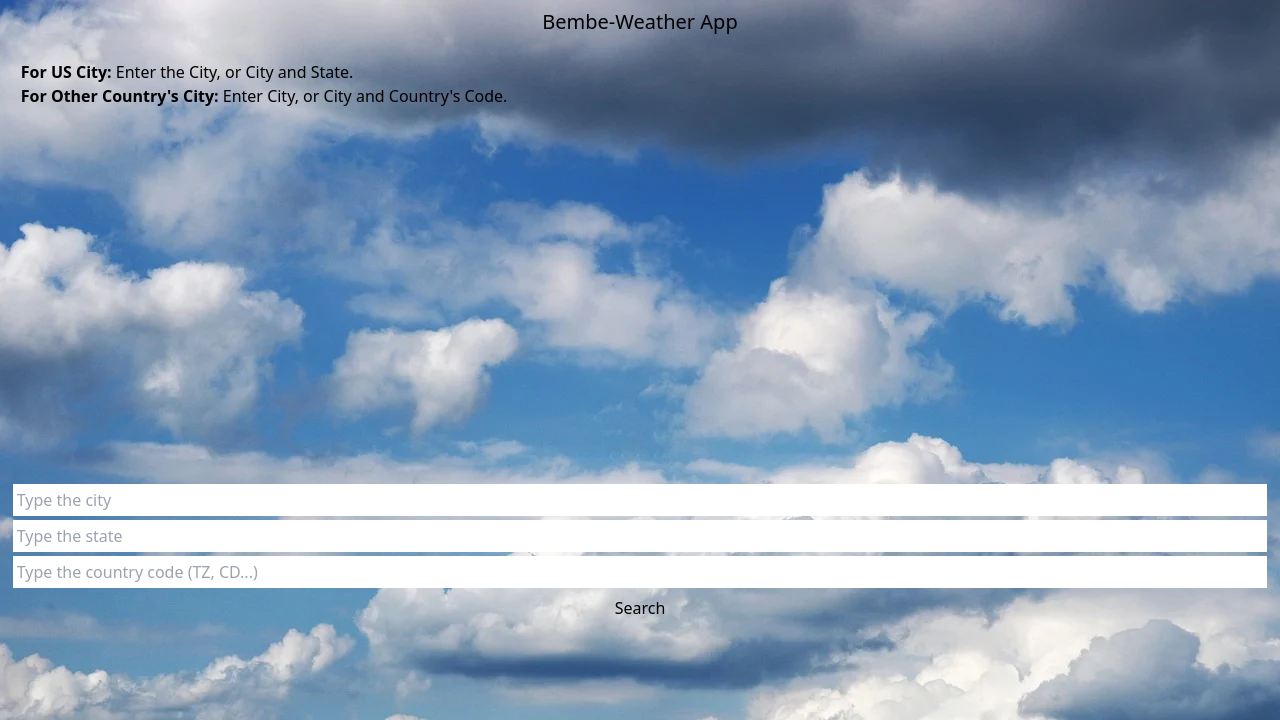
Repository: ShindanoSingi/bembe-weather
Page: /
An editor plug-in stored every save of this project. The page is shown before and after the next save, followed by the edit.
The browser window is 1280 px wide. The pictures show the whole page.
The page's requests for data from a server got no answer. The project was rebuilt for these pictures with package versions that can differ from the ones it lists, and the page was loaded fresh each time. No one was signed in, and anything a server would have sent is missing.

Above is the page before, as saved 2022-09-14 23:42:41.

### public/index.html
<!DOCTYPE html>
<html lang="en">

<head>
  <meta charset="utf-8" />
  <link rel="icon" href="%PUBLIC_URL%/favicon.ico" />
  <meta name="viewport" content="width=device-width, initial-scale=1" />
  <meta name="theme-color" content="#000000" />
  <meta name="description" content="Web site created using create-react-app" />
  <link rel="apple-touch-icon" href="%PUBLIC_URL%/logo192.png" />
  <!--
      manifest.json provides metadata used when your web app is installed on a
      user's mobile device or desktop. See https://developers.google.com/web/fundamentals/web-app-manifest/
    -->
  <link rel="manifest" href="%PUBLIC_URL%/manifest.json" />
  <!--
      Notice the use of %PUBLIC_URL% in the tags above.
      It will be replaced with the URL of the `public` folder during the build.
      Only files inside the `public` folder can be referenced from the HTML.

      Unlike "/favicon.ico" or "favicon.ico", "%PUBLIC_URL%/favicon.ico" will
      work correctly both with client-side routing and a non-root public URL.
      Learn how to configure a non-root public URL by running `npm run build`.
    -->
  <title>React Weather</title>
</head>

<body>
  <noscript>You need to enable JavaScript to run this app.</noscript>
  <div id="root"></div>
  <!--
      This HTML file is a template.
      If you open it directly in the browser, you will see an empty page.

      You can add webfonts, meta tags, or analytics to this file.
      The build step will place the bundled scripts into the <body> tag.

      To begin the development, run `npm start` or `yarn start`.
      To create a production bundle, use `npm run build` or `yarn build`.
    -->
</body>

</html>

### src/App.js
import React, { useState, useEffect } from "react"
import "./App.css"
import WeatherPage from "./components/weatherPage"
import SearchForm from "./components/SearchForm"

function App() {
  // Initialize variables using "useSates"
  const [weatherData, setWeatherData] = useState([])

  const [city, setCity] = useState("")
  const [state, setState] = useState("")
  const [country, setCountry] = useState("")

  // These hold values a little bit longer
  const [cityDisplayed, setCityDisplayed] = useState("")
  const [stateDisplayed, setStateDisplayed] = useState("")
  const [countryDisplayed, setCountryDisplayed] = useState("")

  // Create an object that will hold keys to be used in the fetch fnctions.
  const searchLatLon = {
    key: process.env.REACT_APP_GIPHY_KEY,
    cityName: city,
    stateCode: "",
    country: "",
    limit: 1,
    api: "https://api.openweathermap.org/geo/1.0/direct?q=",
  }

  let searchOptions = {
    key: process.env.REACT_APP_GIPHY_KEY,
    api: "https://api.openweathermap.org/data/2.5/onecall?",
  }

  // Create handleChange function to capture input value for city from the form.
  function handleChangeCity(event) {
    setCity(event.target.value)
  }

  // Create handleChange function to capture input value for city from the form.
  function handleChangeState(event) {
    setState(event.target.value)
  }

  // Create handleChange function to capture input value for country from the form.
  function handleChangeCountry(event) {
    setCountry(event.target.value)
  }

  // Create a handleSubmit function to send the input value to the getLatLon function.
  function handleSubmit(event) {
    event.preventDefault()
    getLatLon(city, state, country)
    setCity("")
    setState("")
    setCountry("")
  }

  // useEffect function
  useEffect(() => {
    getLatLon()
    setCity("")
    setState("")
    setCountry("")
    // eslint-disable-next-line
  }, [])

  // This function below takes two parameters: city and country's code, and spits latitude and longitude out. Then, the next fetch takes the lat and lon, and spits eather data for eight days.

  function getLatLon(city, state, country) {
    fetch(
      `${searchLatLon.api}${city},${state},${country}&limit=${searchLatLon.limit}&appid=${searchLatLon.key}`
    )
      .then((result) => result.json())
      .then((data) => {
        // console.log(data[0])
        if (data[0]) {
          fetch(
            `${searchOptions.api}lat=${data[0].lat}&lon=${data[0].lon}&exclude=minutely,hourly&appid=${searchOptions.key}&units=imperial`
          )
            .then((result) => result.json())
            .then((result) => {
              setCityDisplayed(data[0].name)
              setStateDisplayed(data[0].state)
              setCountryDisplayed(data[0].country)
              setWeatherData(result)
            })
        }
      })
  }

  return (

    <div className="bg-[url('../src/images/sky.webp')] h-screen">
      {/* Weather data */}
      <WeatherPage
        weatherData={weatherData}
        city={cityDisplayed}
        state={stateDisplayed}
        country={countryDisplayed}
      />

      {/* Search form */}
      <SearchForm
        city={city}
        state={state}
        country={country}
        handleChangeCity={handleChangeCity}
        handleChangeState={handleChangeState}
        handleChangeCountry={handleChangeCountry}
        handleSubmit={handleSubmit}
      />
    </div>
  )
}

export default App

### src/App.css

/* iPhone 8 and smaller */
@media screen and (max-width: 480px) {
  /* Bembe-weather App */
  h1 {
    color: aliceblue;
    background-image: linear-gradient(rgb(55, 131, 143), rgb(5, 88, 126));
  }

  /* Div container for the single page weather day*/
  div.singleDay {
    /* font-size: 1vw; */
    border-top: 1px solid green;
    background-color: rgb(191, 191, 191);
  }

  /* This is for today's box */
  .today1 {
    /* font-size: 14px; */
    border: 1px solid rgb(91, 158, 158);
    border-radius: 5px;
    background-image: linear-gradient(
      to bottom right,
      rgb(163, 131, 131),
      rgb(181, 181, 155)
    );
  }


  /* Indivdual temp */
  .maxTemp1 {
    color: black;
  }

  /* Indivdual temp */
  .minTemp1 {
    color: grey;
  }

  /* Tomorrow */
  .today2 {
    border: 1px solid rgb(91, 158, 158);
    border-radius: 5px;
    background-image: linear-gradient(
      to bottom right,
      rgb(97, 179, 171),
      rgb(181, 181, 155)
    );
  }

  /* The day after tomorrow */
  .today3 {
    border: 1px solid rgb(91, 158, 158);
    border-radius: 5px;
    background-image: linear-gradient(
      to bottom right,
      rgb(97, 179, 171),
      rgb(181, 181, 155)
    );
  }

  /* The following day */
  .today4 {
    border: 1px solid rgb(91, 158, 158);
    border-radius: 5px;
    background-image: linear-gradient(
      to bottom right,
      rgb(97, 179, 171),
      rgb(181, 181, 155)
    );
  }

  /* The last day */
  .today5 {
    border: 1px solid rgb(91, 158, 158);
    border-radius: 5px;
    background-image: linear-gradient(
      to bottom right,
      rgb(97, 179, 171),
      rgb(181, 181, 155)
    );
  }

  /* Indivdual temp */
  .maxTemp {
    color: black;
  }

  /* Indivdual temp */
  .minTemp {
    color: grey;
  }

  /* The state's name */
  .city {
    display: grey;
    /* justify-content: center; */
  }

  /* Div containing everything in the body */
  .weatherContainer {
    border: 1px solid rgb(91, 158, 158);
    background-color: rgba(14, 73, 112, 0.297);
  }

  /* City input box */
  .cityInput {
    border: 2px solid rgb(68, 65, 65);
  }

  /* Country input box */
  .countryInput {
    border: 2px solid rgb(68, 65, 65);
  }

  /* Submit button */
  .submitButton {
    color: rgb(244, 238, 238);
    background-color: rgb(68, 65, 65);
  }

  .message {
    background-color: rgb(68, 125, 152);
    border: 2px solid rgb(68, 65, 65);
  }
}


/* iPhone 8 and smaller */
@media screen and (max-width: 428px) {
  h1 {
    color: aliceblue;
    background-image: linear-gradient(rgb(55, 131, 143), rgb(5, 88, 126));
  }

  /* This is for today's box */
  .today1 {
    border: 1px solid rgb(91, 158, 158);
    border-radius: 5px;
    background-image: linear-gradient(
      to bottom right,
      rgb(163, 131, 131),
      rgb(181, 181, 155)
    );
  }

  /* Indivdual temp */
  .maxTemp1 {
    color: black;
  }

  /* Indivdual temp */
  .minTemp1 {
    color: grey;
  }

  /* Tomorrow */
  .today2 {
    border: 1px solid rgb(91, 158, 158);
    border-radius: 5px;
    background-image: linear-gradient(
      to bottom right,
      rgb(97, 179, 171),
      rgb(181, 181, 155)
    );
  }

  /* The day after tomorrow */
  .today3 {
    border: 1px solid rgb(91, 158, 158);
    border-radius: 5px;
    background-image: linear-gradient(
      to bottom right,
      rgb(97, 179, 171),
      rgb(181, 181, 155)
    );
  }

  /* The following day */
  .today4 {
    border: 1px solid rgb(91, 158, 158);
    border-radius: 5px;
    background-image: linear-gradient(
      to bottom right,
      rgb(97, 179, 171),
      rgb(181, 181, 155)
    );
  }

  /* The last day */
  .today5 {
    border: 1px solid rgb(91, 158, 158);
    border-radius: 5px;
    background-image: linear-gradient(
      to bottom right,
      rgb(97, 179, 171),
      rgb(181, 181, 155)
    );
  }

  /* Indivdual temp */
  .maxTemp {
    color: black;
  }

  /* Indivdual temp */
  .minTemp {
    color: grey;
  }

  /* The state's name */
  .city {
    display: grey;
  }

  /* Div containing everything in the body */
  .weatherContainer {
    border: 1px solid rgb(91, 158, 158);
    border-radius: 5px;
    background-color: rgba(14, 73, 112, 0.297);
  }

  /* City input box */
  .cityInput {
    border: 2px solid rgb(68, 65, 65);
  }

  /* Country input box */
  .countryInput {
    border: 2px solid rgb(68, 65, 65);
  }

  /* Submit button */
  .submitButton {
    color: rgb(244, 238, 238);
    background-color: rgb(68, 65, 65);
  }

  .message {
    background-color: rgb(68, 125, 152);
    border: 2px solid rgb(68, 65, 65);
  }
}


/* iPhone 8 and smaller */
@media screen and (max-width: 414px) {
  h1 {
    color: aliceblue;
    padding: 5px;
    background-image: linear-gradient(rgb(55, 131, 143), rgb(5, 88, 126));
  }

  /* Div container for the single page weather day*/
  div.singleDay {
    border-top: 1px solid green;
    background-color: rgb(191, 191, 191);
  }

  .cityStateCountry {
    padding: 0.5rem;
    background-image: linear-gradient(rgb(55, 131, 143), rgb(5, 88, 126));
  }

  /* This is for today's box */
  .today1 {
    /* font-size: 14px; */
    border: 1px solid rgb(91, 158, 158);
    border-radius: 5px;
    background-image: linear-gradient(
      to bottom right,
      rgb(163, 131, 131),
      rgb(181, 181, 155)
    );
  }


  /* Indivdual temp */
  .maxTemp1 {
    color: black;
  }

  /* Indivdual temp */
  .minTemp1 {
    color: grey;
  }

  /* Tomorrow */
  .today2 {
    border: 1px solid rgb(91, 158, 158);
    border-radius: 5px;
    background-image: linear-gradient(
      to bottom right,
      rgb(97, 179, 171),
      rgb(181, 181, 155)
    );
  }

  /* The day after tomorrow */
  .today3 {
    border: 1px solid rgb(91, 158, 158);
    border-radius: 5px;
    background-image: linear-gradient(
      to bottom right,
      rgb(97, 179, 171),
      rgb(181, 181, 155)
    );
  }

  /* The following day */
  .today4 {
    border: 1px solid rgb(91, 158, 158);
    border-radius: 5px;
    background-image: linear-gradient(
      to bottom right,
      rgb(97, 179, 171),
      rgb(181, 181, 155)
    );
  }

  /* The last day */
  .today5 {
    border: 1px solid rgb(91, 158, 158);
    border-radius: 5px;
    background-image: linear-gradient(
      to bottom right,
      rgb(97, 179, 171),
      rgb(181, 181, 155)
    );
  }

  /* Indivdual temp */
  .maxTemp {
    color: black;
  }

  /* Indivdual temp */
  .minTemp {
    color: grey;
  }

  /* The state's name */
  .city {
    display: grey;
  }

  /* Div containing everything in the body */
  .weatherContainer {
    border: 1px solid rgb(91, 158, 158);
    border-radius: 5px;
    background-color: rgba(14, 73, 112, 0.297);
  }

  /* City input box */
  .cityInput {
    border: 2px solid rgb(68, 65, 65);
  }

  /* Country input box */
  .countryInput {
    border: 2px solid rgb(68, 65, 65);
  }

  /* Submit button */
  .submitButton {
    color: rgb(244, 238, 238);
    background-color: rgb(68, 65, 65);
  }

  .message {
    background-color: rgb(68, 125, 152);
    border: 2px solid rgb(68, 65, 65);
  }
}

/* iPhone 8 and smaller */
@media screen and (max-width: 390px) {
  h1 {
    color: aliceblue;
    background-image: linear-gradient(rgb(55, 131, 143), rgb(5, 88, 126));
  }

  /* Div container for the single page weather day*/
  div.singleDay {
    border-top: 1px solid green;
    background-color: rgb(191, 191, 191);
  }

  .cityStateCountry {
    background-image: linear-gradient(rgb(55, 131, 143), rgb(5, 88, 126));
  }

  /* This is for today's box */
  .today1 {
    border: 1px solid rgb(91, 158, 158);
    border-radius: 5px;
    background-image: linear-gradient(
      to bottom right,
      rgb(163, 131, 131),
      rgb(181, 181, 155)
    );
  }

  /* Indivdual temp */
  .maxTemp1 {
    color: black;
  }

  /* Indivdual temp */
  .minTemp1 {
    color: grey;
  }

  /* Tomorrow */
  .today2 {
    border: 1px solid rgb(91, 158, 158);
    border-radius: 5px;
    background-image: linear-gradient(
      to bottom right,
      rgb(97, 179, 171),
      rgb(181, 181, 155)
    );
  }

  /* The day after tomorrow */
  .today3 {
    border: 1px solid rgb(91, 158, 158);
    border-radius: 5px;
    background-image: linear-gradient(
      to bottom right,
      rgb(97, 179, 171),
      rgb(181, 181, 155)
    );
  }

  /* The following day */
  .today4 {
    border: 1px solid rgb(91, 158, 158);
    border-radius: 5px;
    background-image: linear-gradient(
      to bottom right,
      rgb(97, 179, 171),
      rgb(181, 181, 155)
    );
  }

  /* The last day */
  .today5 {
    border: 1px solid rgb(91, 158, 158);
    border-radius: 5px;
    background-image: linear-gradient(
      to bottom right,
      rgb(97, 179, 171),
      rgb(181, 181, 155)
    );
  }

  /* Indivdual temp */
  .maxTemp {
    color: black;
  }

  /* Indivdual temp */
  .minTemp {
    color: grey;
  }

  /* The state's name */
  .city {
    display: grey;
  }

  /* Div containing everything in the body */
  .weatherContainer {
    border: 1px solid rgb(91, 158, 158);
    background-color: rgba(14, 73, 112, 0.297);
  }

  /* City input box */
  .cityInput {
    border: 2px solid rgb(68, 65, 65);
  }

  /* Country input box */
  .countryInput {
    border: 2px solid rgb(68, 65, 65);
  }

  /* Submit button */
  .submitButton {
    color: rgb(244, 238, 238);
    background-color: rgb(68, 65, 65);
  }

  .message {
    background-color: rgb(68, 125, 152);
    border: 2px solid rgb(68, 65, 65);
  }
}

/* iPhone 8 and smaller */
@media screen and (max-width: 375px) {
  h1 {
    color: aliceblue;
    background-image: linear-gradient(rgb(55, 131, 143), rgb(5, 88, 126));
  }

  /* Div container for the single page weather day*/
  div.singleDay {
    border-top: 1px solid green;
    background-color: rgb(191, 191, 191);
  }

  .cityStateCountry {
    background-image: linear-gradient(rgb(55, 131, 143), rgb(5, 88, 126));
  }

  /* This is for today's box */
  .today1 {
    border: 1px solid rgb(91, 158, 158);
    border-radius: 5px;
    background-image: linear-gradient(
      to bottom right,
      rgb(163, 131, 131),
      rgb(181, 181, 155)
    );
  }

  /* Indivdual temp */
  .maxTemp1 {
    color: black;
  }

  /* Indivdual temp */
  .minTemp1 {
    color: grey;
  }

  /* Tomorrow */
  .today2 {
    border: 1px solid rgb(91, 158, 158);
    border-radius: 5px;
    background-image: linear-gradient(
      to bottom right,
      rgb(97, 179, 171),
      rgb(181, 181, 155)
    );
  }

  /* The day after tomorrow */
  .today3 {
    border: 1px solid rgb(91, 158, 158);
    border-radius: 5px;
    background-image: linear-gradient(
      to bottom right,
      rgb(97, 179, 171),
      rgb(181, 181, 155)
    );
  }

  /* The following day */
  .today4 {
    border: 1px solid rgb(91, 158, 158);
    border-radius: 5px;
    background-image: linear-gradient(
      to bottom right,
      rgb(97, 179, 171),
      rgb(181, 181, 155)
    );
  }

  /* The last day */
  .today5 {
    border: 1px solid rgb(91, 158, 158);
    border-radius: 5px;
    background-image: linear-gradient(
      to bottom right,
      rgb(97, 179, 171),
      rgb(181, 181, 155)
    );
  }

  /* Indivdual temp */
  .maxTemp {
    color: black;
  }

  /* Indivdual temp */
  .minTemp {
    color: grey;
  }

  /* The state's name */
  .city {
    display: grey;
  }

  /* Div containing everything in the body */
  .weatherContainer {
    border: 1px solid rgb(91, 158, 158);
    background-color: rgba(14, 73, 112, 0.297);
  }

  /* City input box */
  .cityInput {
    border: 2px solid rgb(68, 65, 65);
  }

  /* Country input box */
  .countryInput {
    border: 2px solid rgb(68, 65, 65);
  }

  /* Submit button */
  .submitButton {
    color: rgb(244, 238, 238);
    background-color: rgb(68, 65, 65);
  }

  .message {
    background-color: rgb(68, 125, 152);
    border: 2px solid rgb(68, 65, 65);
  }
}

### src/components/SearchForm.js
import React from "react";

const SearchForm = ({
  city,
  state,
  country,
  handleSubmit,
  handleChangeCity,
  handleChangeState,
  handleChangeCountry,
}) => {
  return (
    <div className="relative top-[19rem]">
      <form className="form-container" onSubmit={handleSubmit} d-flex>
        <div className="flex flex-col items-center gap-1 form-container">
          <div className="flex flex-col gap-1">
          <input
          className="p-1 w-[98vw] cityInput"
          placeholder="Type the city"
          type="text"
          name="SearchString"
          onChange={handleChangeCity}
          value={city}
          required
        />

        {/* Country input */}
        <input
          className="p-1 countryInput"
          placeholder="Type the state"
          type="text"
          name="SearchString"
          onChange={handleChangeState}
          value={state}
        />

        {/* Country input */}
        <input
          className="p-1 countryInput"
          placeholder="Type the country code (TZ, CD...)"
          type="text"
          name="SearchString"
          onChange={handleChangeCountry}
          value={country}
        />
          </div>
          <button className="w-24 p-1 submitButton" type="submit">
          Search
        </button>
        </div>
      </form>
    </div>
  );
};

export default SearchForm;

Loaded but not shown: src/index.js (common file); src/index.css (common file); tailwind.config.js (common file); src/components/weatherPage.js (265 lines, source omitted)

After the next save:
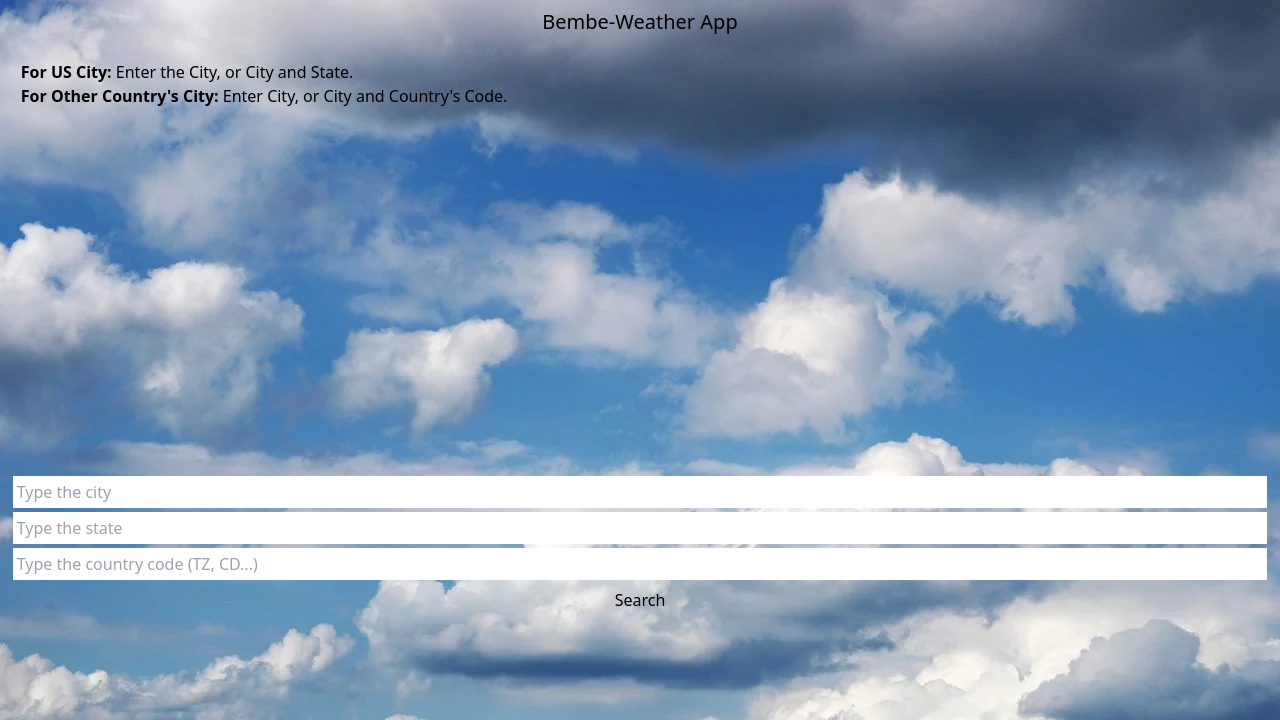
Saved 11 s later.
--- a/src/components/SearchForm.js
+++ b/src/components/SearchForm.js
@@ -10,7 +10,7 @@ const SearchForm = ({
   handleChangeCountry,
 }) => {
   return (
-    <div className="relative top-[19rem]">
+    <div className="relative top-[18.5rem]">
       <form className="form-container" onSubmit={handleSubmit} d-flex>
         <div className="flex flex-col items-center gap-1 form-container">
           <div className="flex flex-col gap-1">
